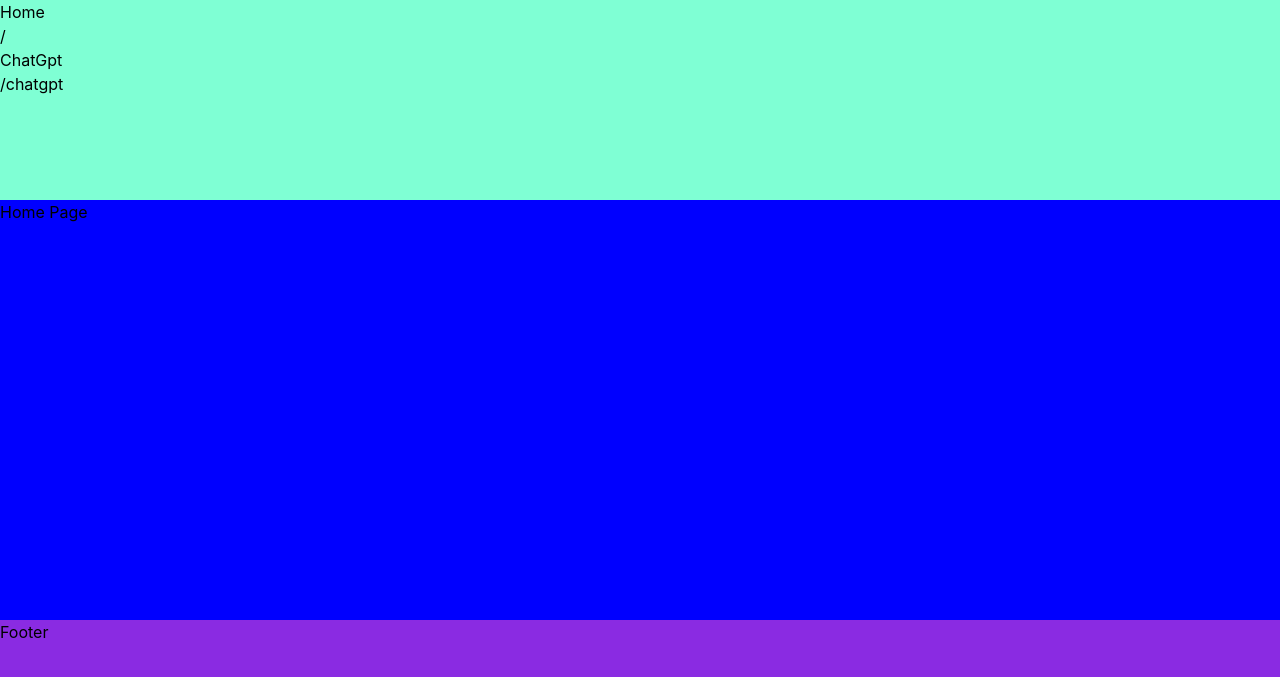
Repository: Coralee-Long/react-bits
Page: /
The author's editor kept a copy of each file at every save. The page is drawn from the files as they stood at one save, then again after the next save.
The browser window is 1280 px wide. The pictures show the whole page.
The project was rebuilt for these pictures with package versions that can differ from the ones it lists, and the page was loaded fresh each time. Also part of the build but not shown: src/pages/ContactPage.js, src/components/projects/TailwindCheatsheet/components/TailwindGrid.utils.js, src/components/projects/TailwindCheatsheet/components/TailwindGrid.js, src/components/projects/TailwindCheatsheet/data/tailwindData.js, src/components/navigation/SideNavBar.js, src/pages/TailwindCheatsheetPage.js, src/pages/VideoGeneratorPage.js, src/pages/ChatGptPage.js and 4 more.

Above is the page before, as saved 2024-02-09 16:36:52.

### src/index.css
@tailwind base;
@tailwind components;
@tailwind utilities;

html,
body {
  font-family: -apple-system, BlinkMacSystemFont, 'Segoe UI', 'Roboto', 'Oxygen',
    'Ubuntu', 'Cantarell', 'Fira Sans', 'Droid Sans', 'Helvetica Neue',
    sans-serif;
  -webkit-font-smoothing: antialiased;
  -moz-osx-font-smoothing: grayscale;
  height: 100%;
  width: 100%;
  margin: 0;
  padding: 0;
  overflow-x: hidden; /* Prevents horizontal scroll */
  box-sizing: border-box;
}

#root {
  height: 100%;
}

### src/App.js
import { BrowserRouter as Router } from 'react-router-dom';
import AppRoutes from './routes/AppRoutes';
import Header from './layout/Header/Header';
import Footer from './layout/Footer/Footer';
import './App.css';

const App = () => {
  return (
    <div className="app-container">
      <Header />
      <main>
        <Router>
          <AppRoutes />
        </Router>
      </main>
      <Footer />
    </div>
  );
};

export default App;

### src/routes/AppRoutes.js
import { Routes, Route } from 'react-router-dom';
import HomePage from '../pages/HomePage.js';
import ContactPage from '../pages/ContactPage';
import TaiwindCheatsheetPage from '../pages/TailwindCheatsheetPage.js';
import VideoGeneratorPage from '../pages/VideoGeneratorPage.js';
import ChatGptPage from '../pages/ChatGptPage.js';
import ComparatorPage from '../pages/ComparatorPage.js';
import ContentfulPage from '../pages/ContentfulPage.js';

const AppRoutes = () => {
  return (
    <Routes>
      <Route path="/" element={<HomePage />} />
      <Route path="/contact" element={<ContactPage />} />
      <Route path="/tailwind-cheatsheet" element={<TaiwindCheatsheetPage />} />
      <Route path="/video" element={<VideoGeneratorPage />} />
      <Route path="/chatgpt" element={<ChatGptPage />} />
      <Route path="/comparator" element={<ComparatorPage />} />
      <Route path="/contentful" element={<ContentfulPage />} />
    </Routes>
  );
};

export default AppRoutes;

### src/layout/Header/Header.js
import { Dropdown } from '../../components/commons/DropDown/Dropdown';

const Header = () => {
  return (
    <header>
      <Dropdown />
    </header>
  );
};
export default Header;

### src/layout/Footer/Footer.js
const Footer = () => {
  return (
    <footer>
      <h1>Footer</h1>
    </footer>
  );
};
export default Footer;

### src/App.css
.app-container {
  display: flex;
  flex-direction: column;
  min-height: 100vh;
  background-color: brown;
}

main {
  flex-grow: 1;
  width: 100%;
  background-color: blue;
}

header {
  background-color: aquamarine;
  height: 200px;
  width: 100%;
}

footer {
  background-color: blueviolet;
  height: 100px;
  width: 100%;
}

### src/pages/HomePage.js
const HomePage = () => {
  return (
    <>
      <h1>Home Page</h1>
    </>
  );
};
export default HomePage;

### src/components/commons/DropDown/Dropdown.js
import { Link } from 'react-router-dom';
import pages from '../../../utils/pagesRegistry';

export const Dropdown = () => {
  console.log(pages);
  return (
    <div className="dropdown">
      <ul>
        {pages.map((page) => (
          <li key={page.name}>
            {/* <Link to={page.path}>{page.name}</Link> */}
            <p>{page.name}</p>
            <p>{page.path}</p>
          </li>
        ))}
      </ul>
    </div>
  );
};

### src/utils/pagesRegistry.js
const pages = [
  { name: 'Home', path: '/' },
  { name: 'ChatGpt', path: '/chatgpt' },
  // { name: 'Contact', path: '/contact' },
  // { name: 'Contentful', path: '/contentful' },
  // { name: 'VideoGenerator', path: '/video' },
  // { name: 'TailwindCheatsheet', path: '/tailwind-cheatsheet' },
  // { name: 'Comparator', path: '/comparator' },
  // { name: 'Contentful', path: '/contentful' },
];

export default pages;

### tailwind.config.js
/** @type {import('tailwindcss').Config} */
module.exports = {
  purge: ['./src/**/*.{js,jsx,ts,tsx}', './public/index.html'],
  darkMode: false, // or 'media' or 'class'
  theme: {
    extend: {
      boxShadow: {
        custom:
          'inset -4px -4px 6px -1px rgba(255, 255, 255, 1), inset 2px 2px 8px -1px rgba(72, 79, 96, 0.5)',
      },
    },
  },
  variants: {
    extend: {},
  },
  plugins: [],
};

Loaded but not shown: public/index.html (common file); src/index.js (common file); src/reportWebVitals.js (common file)

After the next save:
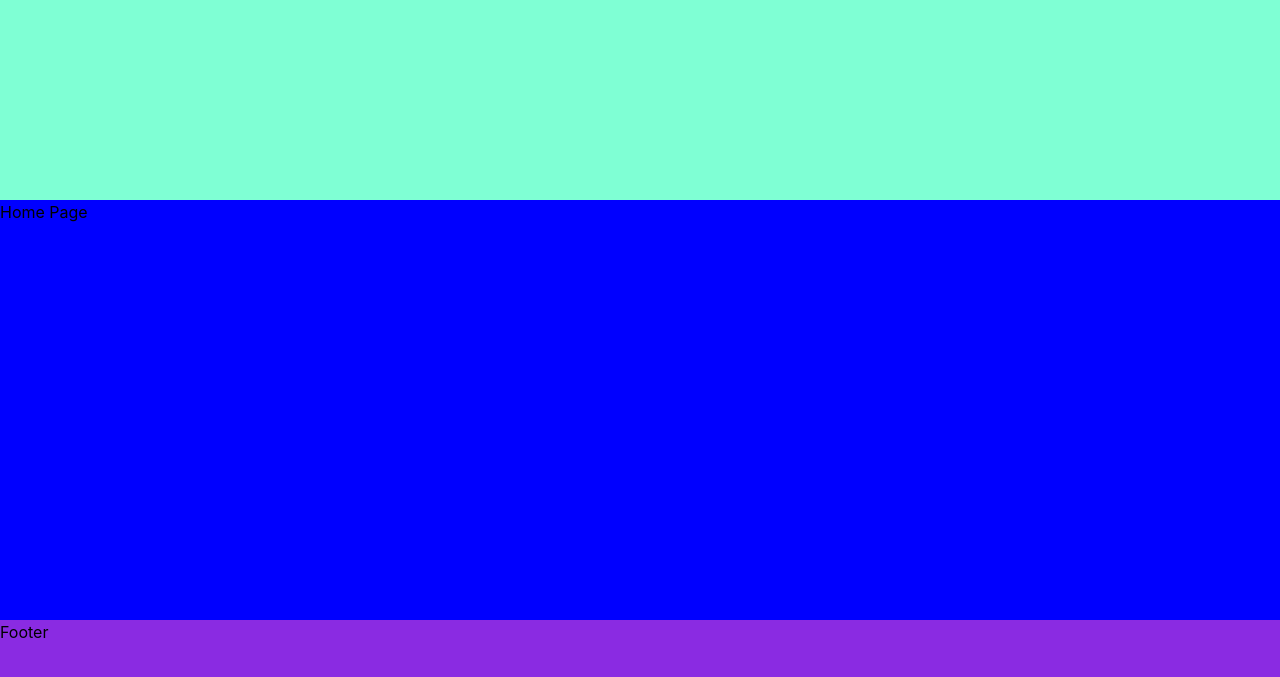
Saved 8 s later.
--- a/src/components/commons/DropDown/Dropdown.js
+++ b/src/components/commons/DropDown/Dropdown.js
@@ -9,8 +9,8 @@ export const Dropdown = () => {
         {pages.map((page) => (
           <li key={page.name}>
             {/* <Link to={page.path}>{page.name}</Link> */}
-            <p>{page.name}</p>
-            <p>{page.path}</p>
+            {/* <p>{page.name}</p>
+            <p>{page.path}</p> */}
           </li>
         ))}
       </ul>
